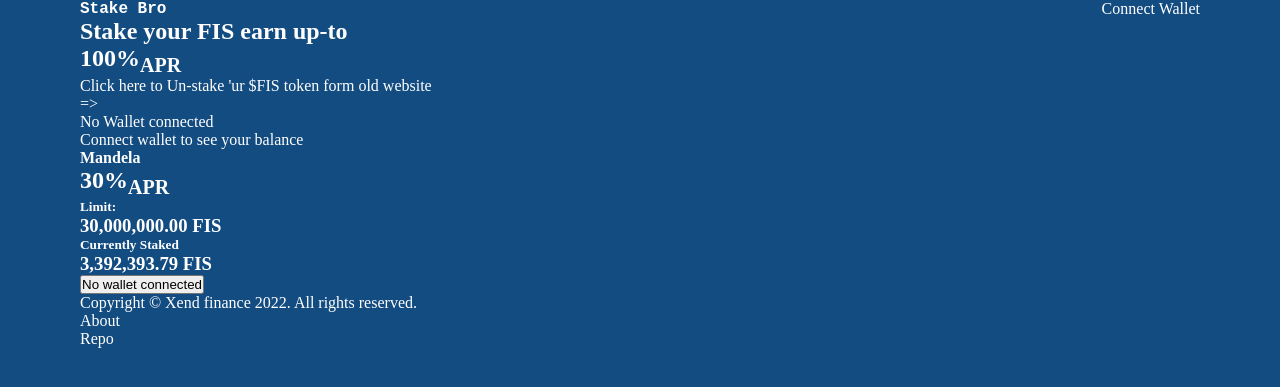
Repository: NorVirae/Stake
Page: /
The author's editor kept a copy of each file at every save. The page is drawn from the files as they stood at one save, then again after a run of saves.
The browser window is 1280 px wide. The pictures show the whole page.
The project was rebuilt for these pictures with package versions that can differ from the ones it lists, and the page was loaded fresh each time.

Above is the page before, as saved 2022-04-18 01:01:38.

After the next 2 saves:
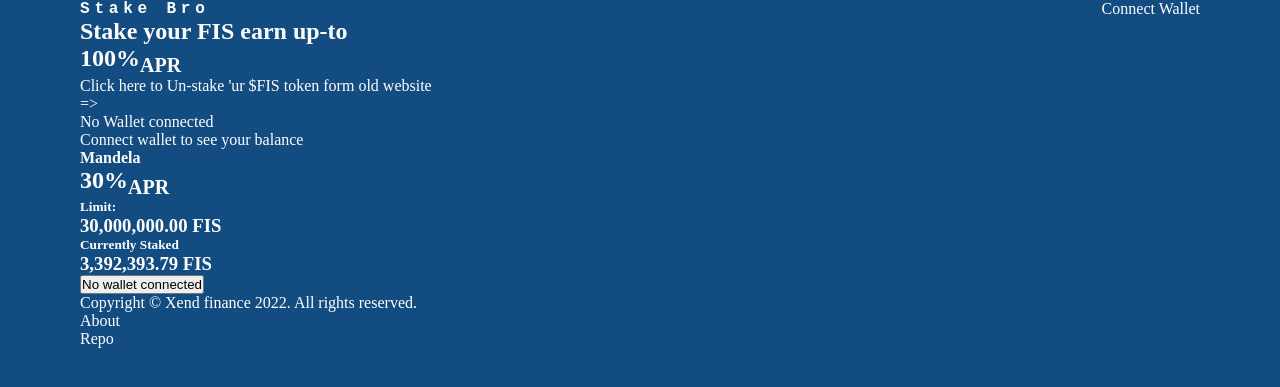
The 2 saves are shown as one change because they came seconds apart.
The last was saved 13 s later.
--- a/src/styles/app.css
+++ b/src/styles/app.css
@@ -35,4 +35,5 @@ nav {
     font-family: 'Courier New', Courier, monospace;
     font-weight: 900;
     color: #ffff;
+    letter-spacing: .3rem;
 }
